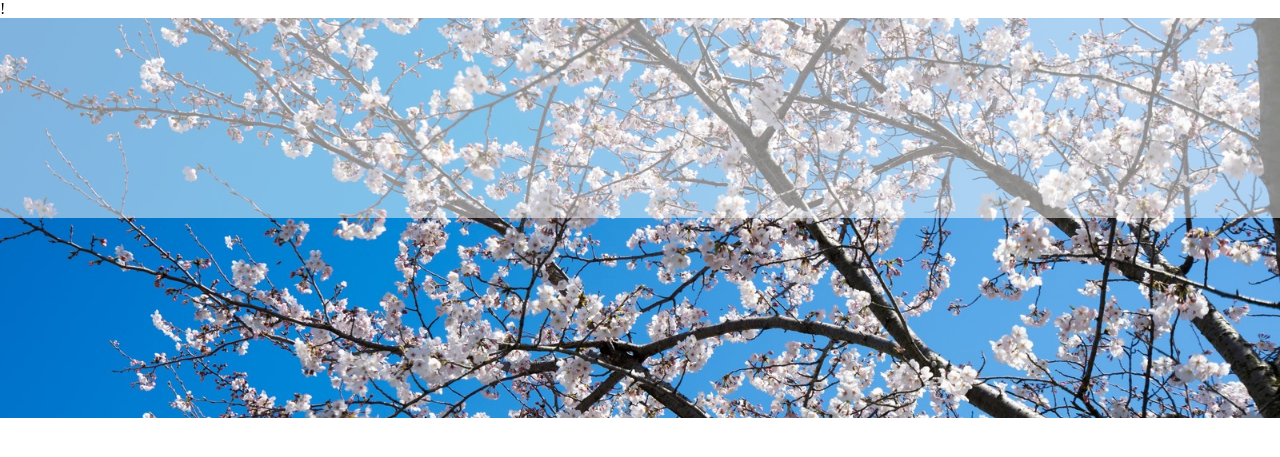
Repository: pooh0721/-
Page: sample6/chapter6.html
The author's editor kept a record of every edit. The page is drawn from the files as they stood at one moment, then again after the next edit.
The browser window is 1280 px wide. The pictures show the whole page.

Above is the page before.

### sample6/chapter6.html
!<!DOCTYPE HTML>
<!DOCTYPE html>
<html lang="ja">
  <head>
    <meta charset="utf-8" />
    <link rel="stylesheet" href="style.css" />
    <title>chapte6</title>
  </head>

  <body>

      <div class=img1>
        <div class="content"></div>

      </div>
      <div class=img2></div>
      <div class=img3></div>
      <div class="content"></div>


  </body>
</html>

### sample6/style.css
/* ブラウザがそれぞれ持っているCSSをリセットするための記述 */
* {
  margin: 0;
  padding: 0;
  box-sizing: border-box;
}

.img1 {
  width: 100%;
  height: 400px;
  background-image: url(img/box1.jpg);
  background-size: cover;
  background-position: center;

}

.content {
  width: 100%;
  height: 200px;
  background-color: rgba(255,255,255,0.5);

  padding-top: 200px;

}

After the next edit:
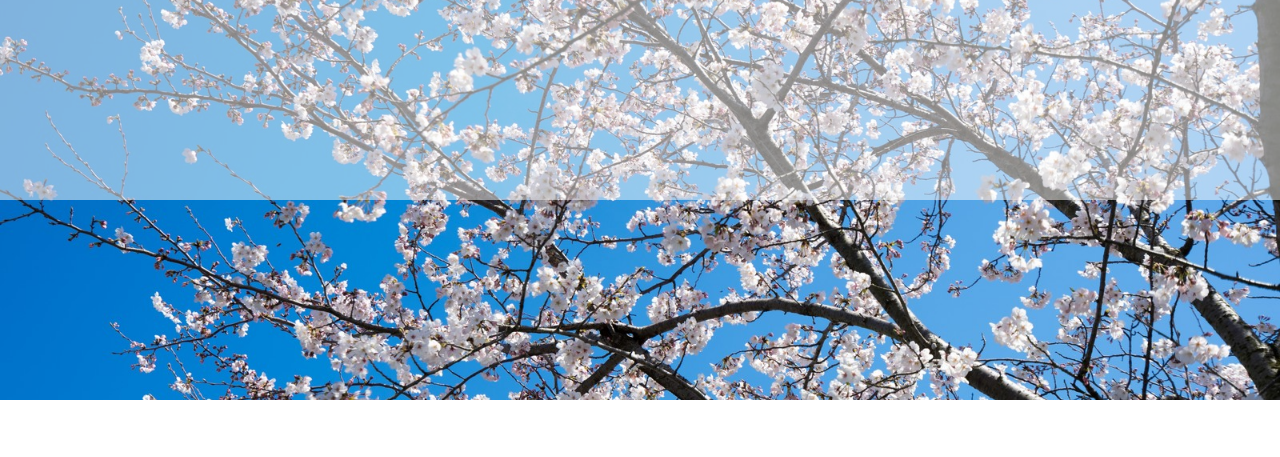
The edit:
--- a/sample6/chapter6.html
+++ b/sample6/chapter6.html
@@ -1,4 +1,4 @@
-!<!DOCTYPE HTML>
+
 <!DOCTYPE html>
 <html lang="ja">
   <head>
